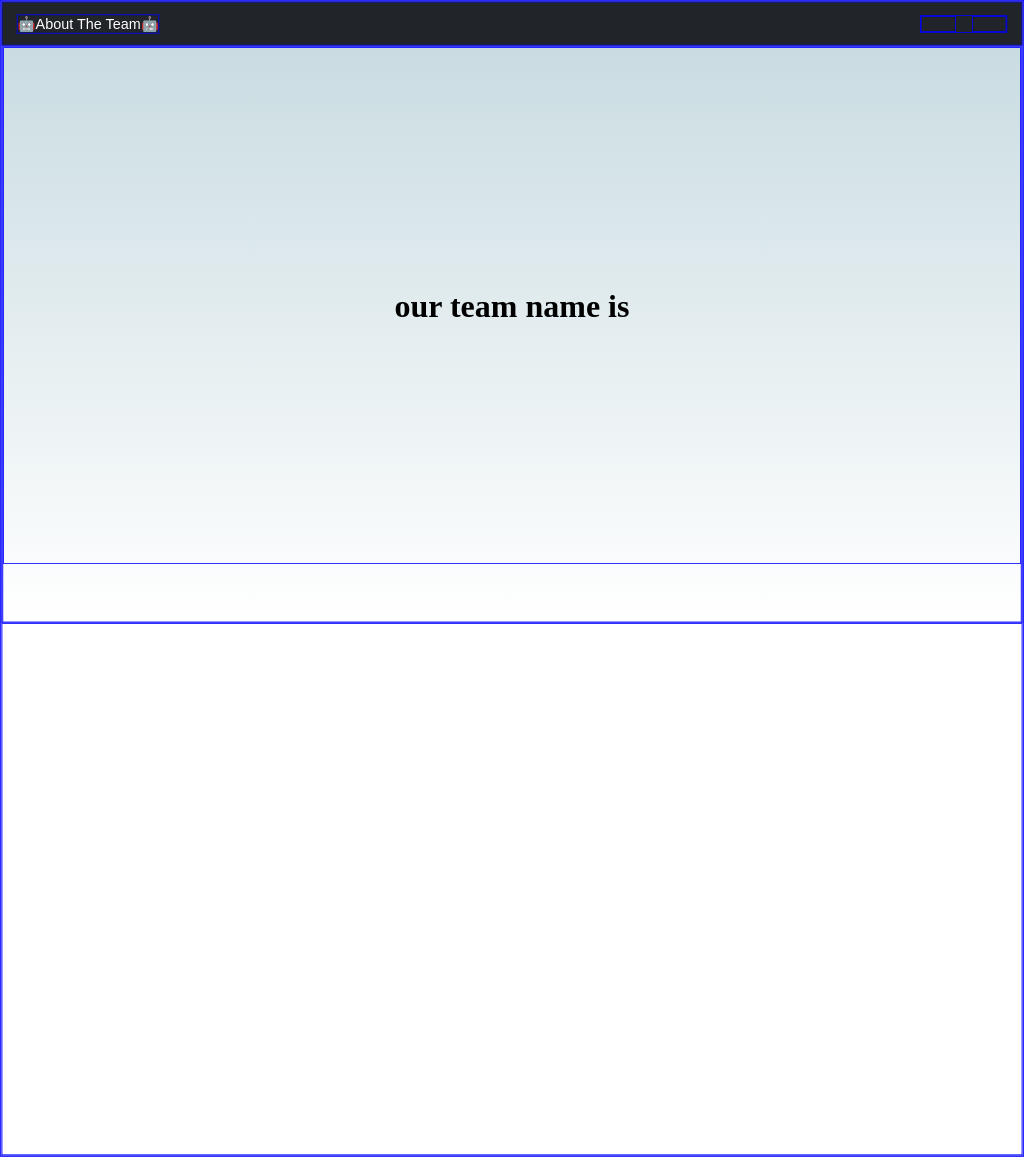
Repository: ammarsetiawan/gps-traker
Page: about.html
These files come from the project's save history. The page is drawn as it stood at one moment and after the next save; the edit follows.
The browser window is 1280 px wide. The pictures show the whole page, at 80% of full size.

Above is the page before, as saved 2025-11-25 17:12:44.

### about.html
<!DOCTYPE html>
<html lang="en">

<head>
    <meta charset="UTF-8">
    <meta name="viewport" content="width=device-width, initial-scale=1.0">
    <title>GPS Tracking</title>
    <link rel="stylesheet" href="https://unpkg.com/leaflet/dist/leaflet.css" />


</head>
<style>
    * {
        margin: 0;
        padding: 0;
        box-sizing: border-box;
        font-family: Arial, sans-serif;
        border: blue 1px solid;
    }

    body {
        background: #fff;
    }

    /* NAVBAR */
    nav {
        background-color: #212529;
        height: 55px;
        display: flex;
        align-items: center;
        padding: 0 18px;
        position: relative;
    }

    nav .brand {
        font-size: 18px;
        font-weight: 500;
        color: white;
    }

    nav ul {
        list-style: none;
        display: flex;
        gap: 20px;
        margin-left: auto;
    }

    nav ul li a {
        text-decoration: none;
        color: rgba(255, 255, 255, 0.8);
        font-size: 15px;
        transition: .2s;
        opacity: 0;
    }

    nav ul li a:hover {
        color: white;
        opacity: 1;
    }

    /* ----- style page ----- */

    .background {
        background: linear-gradient(to bottom, rgba(73, 136, 155, 0.295), rgba(92, 92, 88, 0));
        width: 100%;
        height: 100dvh;
    }

    .container {
        height: 90%;
        display: flex;
        justify-content: center;
        align-items: center;
        font-size: 40px;
        font-weight: bold;
        font-family: comicbook, s;
    }

    #menuBtn {
        display: none;
        margin-left: auto;
        background: transparent;
        border: 1px solid rgba(255, 255, 255, 0.5);
        padding: 6px 10px;
        border-radius: 6px;
        cursor: pointer;
    }

    #menuBtn div {
        width: 18px;
        height: 2px;
        background: white;
        margin: 4px 0;
        transition: .3s;

    }

    /* ----- Responsive menu collapse ----- */
    @media (max-width: 768px) {
        nav ul {
            position: absolute;
            top: 55px;
            right: 0;
            background: #212529;
            width: 160px;
            flex-direction: column;
            padding: 10px;
            display: none;
            border-bottom-left-radius: 10px;
        }

        #menuBtn {
            display: block;

        }
    }

    /* Map area (placeholder section) */
    #content {
        height: calc(100vh - 55px);
        width: 100%;
        background: white;
    }
</style>

<body>

    <nav>
        <h2 class="brand">🤖About The Team🤖 </h2>

        <button id="menuBtn">
            <div></div>
            <div></div>
            <div></div>
        </button>

        <ul id="menu">
            <li><a href="index.html">Home</a></li>
            <li><a href="#">About</a></li>
        </ul>
    </nav>
    <section class="bg">
        <div class="background">
            <div class="container">
                our team name is
            </div>
        </div>
    </section>

    <div id="content"></div> <!-- ini nanti bisa jadi map atau konten lain -->

    <script>
        const btn = document.getElementById("menuBtn");
        const menu = document.getElementById("menu");
        let open = false;

        btn.addEventListener("click", () => {
            open = !open;
            menu.style.display = open ? "flex" : "none";
            menu.style.opacity = "0.8";
            menu.style.transition = "ease-in-out 1s"
        });
    </script>

</body>

</html>

After the next save:
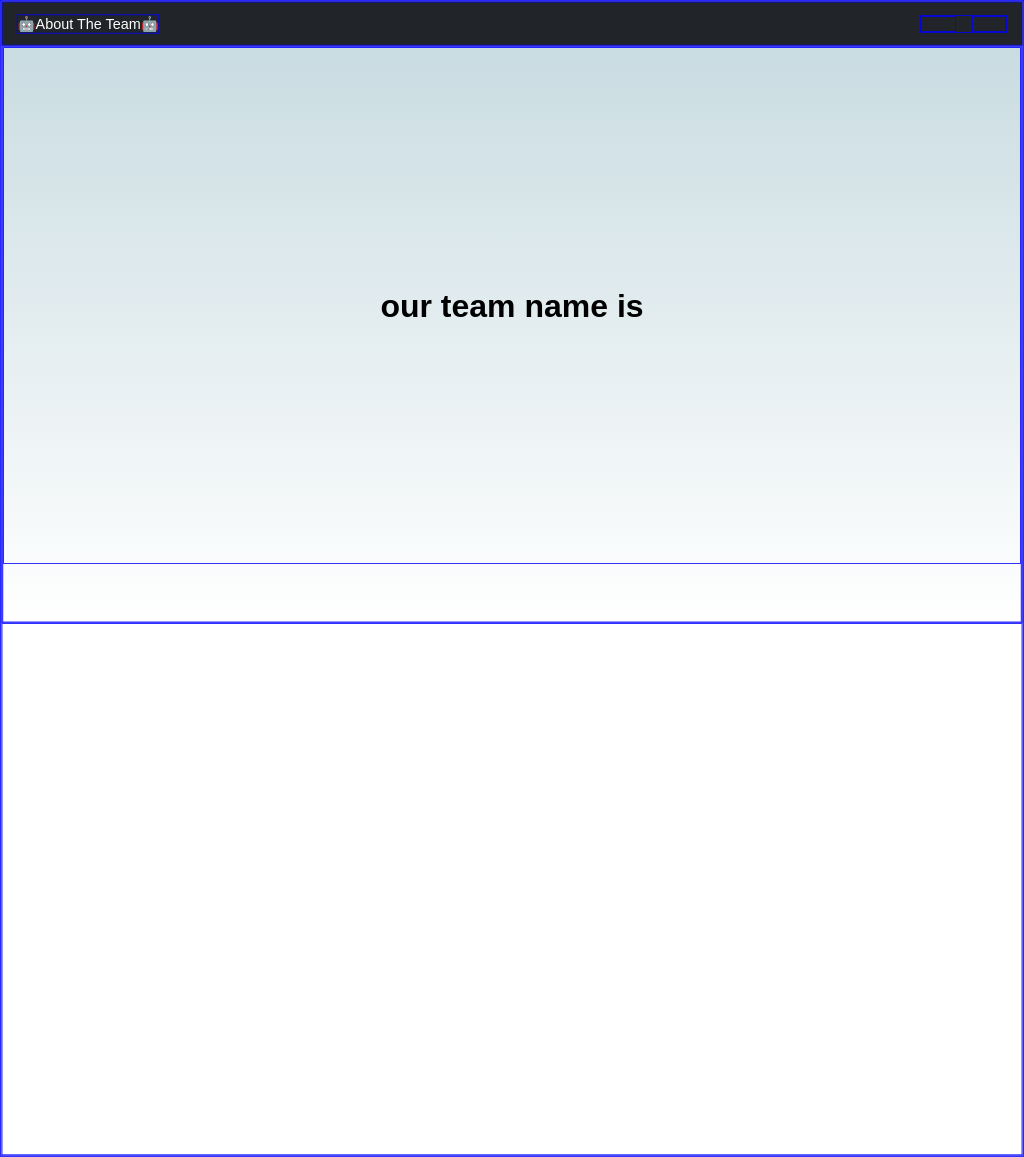
Saved 25 s later.
--- a/about.html
+++ b/about.html
@@ -73,7 +73,7 @@
         align-items: center;
         font-size: 40px;
         font-weight: bold;
-        font-family: comicbook, s;
+        font-family: "Comic Sans MS", "Comic Sans", cursive, sans-serif;
     }
 
     #menuBtn {
